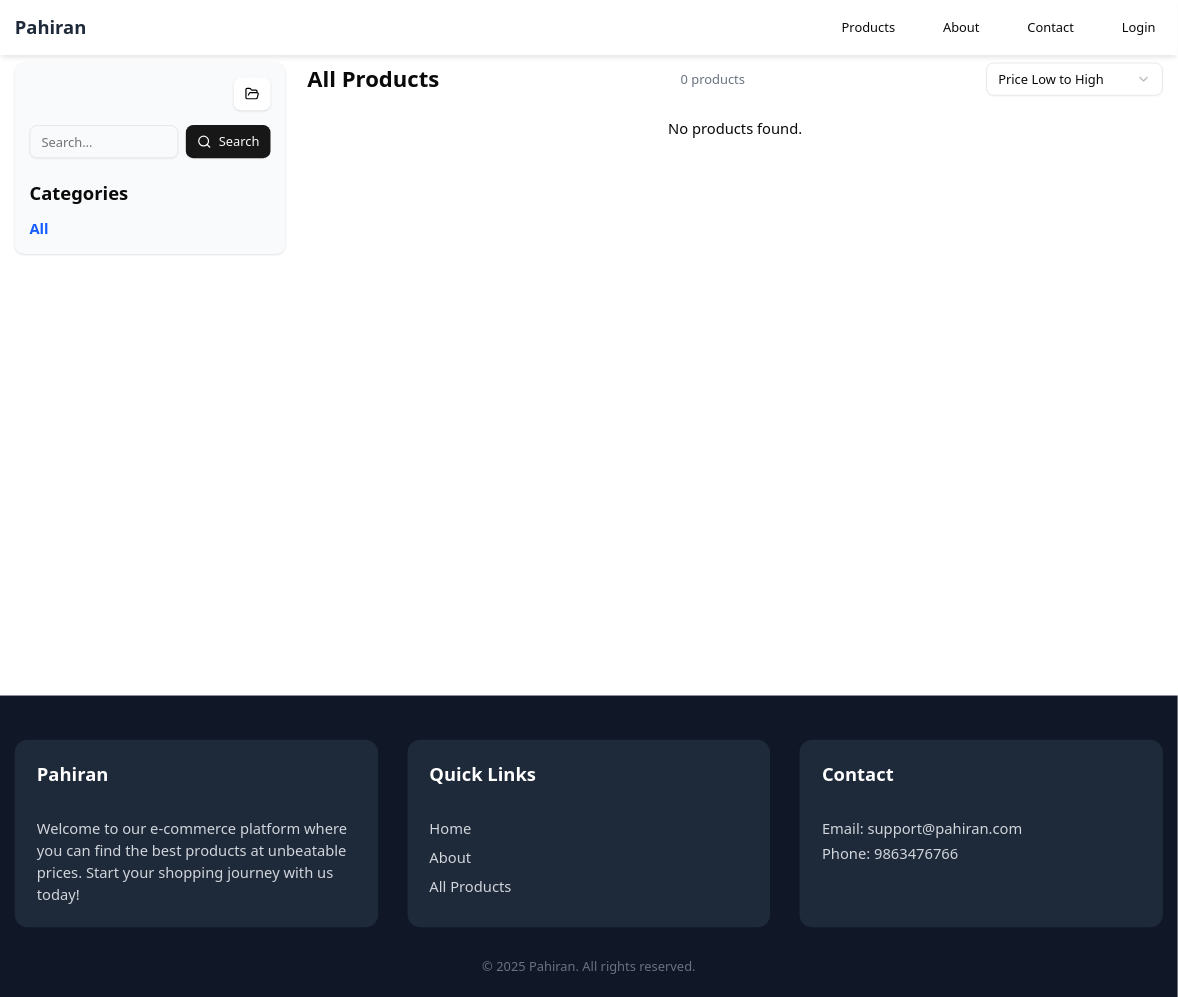
Repository: sushilaneupane/ecommerce_frontend
Page: /products
These files come from the project's save history. The page is drawn as it stood at one moment and after the next save; the edit follows.
The browser window is 1280 px wide. The pictures show the whole page, at 92% of full size.
The page's requests for data from a server got no answer. The project was rebuilt for these pictures with package versions that can differ from the ones it lists, and the page was loaded fresh each time. No one was signed in, and anything a server would have sent is missing. Also part of the build but not shown: vite.config.js, src/middleware/ProtectedRoute.jsx, src/components/Sidebar.jsx, src/layouts/AdminLayout.jsx, src/pages/NewArrival.jsx, src/pages/Featured.jsx, src/pages/Hero.jsx, src/components/ui/label.jsx and 35 more.

Above is the page before, as saved 2025-10-24 15:49:16.

### index.html
<!doctype html>
<html lang="en">
  <head>
    <meta charset="UTF-8" />
    <link rel="icon" type="image/svg+xml" href="/ecommerce.svg" />
    <meta name="viewport" content="width=device-width, initial-scale=1.0" />
    <title>Pahichan</title>
  </head>
  <body>
    <div id="root"></div>
    <script type="module" src="/src/main.jsx"></script>
  </body>
</html>

### src/main.jsx
import React from "react";
import ReactDOM from "react-dom/client";
import App from "./App";
import "./index.css";
import { QueryClient, QueryClientProvider } from "@tanstack/react-query";
import { AuthProvider } from "./context/AuthContext";
import { BrowserRouter } from "react-router-dom";

const queryClient = new QueryClient();

ReactDOM.createRoot(document.getElementById("root")).render(
  <React.StrictMode>
     <BrowserRouter>
      <QueryClientProvider client={queryClient}>
        <AuthProvider>
          <App />
        </AuthProvider>
      </QueryClientProvider>
    </BrowserRouter>
  </React.StrictMode>
);

### src/App.jsx
import React from "react";
import { Routes, Route } from "react-router-dom";
import { useAuth } from "./context/AuthContext";
import ProtectedRoute from "./middleware/ProtectedRoute";

import MainLayout from "./layouts/MainLayout";
import AdminLayout from "./layouts/AdminLayout";

// User pages
import Hero from "./Pages/Hero";
import LoginForm from "./pages/LoginForm";
import AllProducts from "./pages/AllProducts";
import NewArrival from "./pages/NewArrival";
import Contact from "./pages/Contact";
import RegisterForm from "./pages/RegisterForm";
import AboutPage from "./pages/About";
import InfoCard from "./components/InfoCard";
import ProfileCard from "./components/ProfileCard";
import Wishlist from "./pages/Wishlist";
import ShoppingCart from "./pages/Cart";
import Product from "./pages/ProductOverview";
import Featured from "./pages/Featured";
import CheckoutPage from "./pages/Checkout";
import MyOrders from "./pages/MyOrder";
import MyProfile from "./pages/MyProfile";
import ProductTable from "./pages/admin/ProductManagement"
import AdminDashboard from "./pages/admin/AdminDashboard";
import CategoryManagement from "./pages/admin/CategoryManagement";

function App() {
  const { user } = useAuth();

  return (
    <Routes>
      {/* 🌐 MAIN WEBSITE ROUTES */}
      <Route element={<MainLayout />}>
        <Route path="/" element={<Hero />} />
        <Route path="/login" element={<LoginForm />} />
        <Route path="/register" element={<RegisterForm />} />
        <Route path="/about" element={<AboutPage />} />
        <Route path="/contact" element={<Contact />} />
        <Route path="/products" element={<AllProducts />} />
        <Route path="/newarrival" element={<NewArrival />} />
        <Route path="/featured" element={<Featured />} />
        <Route path="/wishlist" element={<Wishlist />} />
        <Route path="/cart" element={<ShoppingCart />} />
        <Route path="/product/:id" element={<Product />} />
        <Route path="/order" element={<CheckoutPage />} />
        <Route path="/myorders" element={<MyOrders />} />
        <Route path="/myprofile" element={<MyProfile />} />
        <Route path="/infocard" element={<InfoCard />} />
        <Route path="/profilecard" element={<ProfileCard />} />
      </Route>

      <Route
        path="/admin/dashboard"
        element={
          <ProtectedRoute allowedRoles={["ADMIN"]}>
            <AdminLayout />
          </ProtectedRoute>
        }
      >
        <Route index element={<AdminDashboard />} />
        <Route path="categories" element={<CategoryManagement />} />
        <Route path="products" element={<ProductTable />} />
      </Route>
    </Routes>
  );
}

export default App;

### src/context/AuthContext.jsx
import React, { createContext, useContext, useState, useEffect } from "react";

const AuthContext = createContext();

export const AuthProvider = ({ children }) => {
  const [isAuthenticated, setIsAuthenticated] = useState(false);
  const [user, setUser] = useState(null);
  const [loading, setLoading] = useState(true); // ✅ new loading state

  // Restore token and user from localStorage on mount
  useEffect(() => {
    const token = localStorage.getItem("authToken");
    const userData = localStorage.getItem("user");
    if (token && userData) {
      setIsAuthenticated(true);
      setUser(JSON.parse(userData));
    }
    setLoading(false); // ✅ done restoring
  }, []);

  const login = (token, userData) => {
    localStorage.setItem("authToken", token);
    localStorage.setItem("user", JSON.stringify(userData));
    setIsAuthenticated(true);
    setUser(userData);
  };

  const logout = () => {
    localStorage.removeItem("authToken");
    localStorage.removeItem("user");
    setIsAuthenticated(false);
    setUser(null);
  };

  return (
    <AuthContext.Provider value={{ isAuthenticated, user, loading, login, logout }}>
      {children}
    </AuthContext.Provider>
  );
};

export const useAuth = () => useContext(AuthContext);

### src/layouts/MainLayout.jsx
import React from "react";
import NavBar from "../components/NavBar";
import Footer from "../components/Footer";
import { Toaster } from "sonner";
import { Outlet } from "react-router-dom";

export default function MainLayout() {
  return (
    <>
      <NavBar />
      <main className="min-h-screen">
        <Outlet />
      </main>
      <Footer />
      <Toaster richColors position="top-right" />
    </>
  );
}

### src/components/Footer.jsx
import React from "react";
import { Card, CardContent, CardHeader, CardTitle } from "@/components/ui/card";
import { Link } from "react-router-dom";

export default function Footer() {
  return (
    <footer className="bg-gray-900 text-white pt-12 pb-6">
      <div className="container mx-auto px-4">
        <div className="flex flex-col md:flex-row md:justify-between gap-8">
          {/* About */}
          <Card className="bg-gray-800 md:w-1/3 shadow-none border-0 w-full">
            <CardHeader>
              <CardTitle className="text-xl text-white">Pahiran</CardTitle>
            </CardHeader>
            <CardContent>
              <p className="text-gray-300">
                Welcome to our e-commerce platform where you can find the best products at unbeatable prices.
                Start your shopping journey with us today!
              </p>
            </CardContent>
          </Card>

          {/* Quick Links */}
          <Card className="bg-gray-800 md:w-1/3 shadow-none border-0 w-full">
            <CardHeader>
              <CardTitle className="text-xl text-white">Quick Links</CardTitle>
            </CardHeader>
            <CardContent className="space-y-2">
              <Link to="/" className="text-gray-300 hover:text-blue-400 block">
                Home
              </Link>
              <Link to="/about" className="text-gray-300 hover:text-blue-400 block">
                About
              </Link>
              <Link to="/products" className="text-gray-300 hover:text-blue-400 block">
                All Products
              </Link>
            </CardContent>
          </Card>

          {/* Contact */}
          <Card className="bg-gray-800 md:w-1/3 shadow-none border-0 w-full">
            <CardHeader>
              <CardTitle className="text-xl text-white">Contact</CardTitle>
            </CardHeader>
            <CardContent className="space-y-1">
              <p className="text-gray-300">Email: support@pahiran.com</p>
              <p className="text-gray-300">Phone: 9863476766</p>
            </CardContent>
          </Card>
        </div>

        {/* Copyright */}
        <div className="mt-8 text-center text-gray-500 text-sm">
          &copy; {new Date().getFullYear()} Pahiran. All rights reserved.
        </div>
      </div>
    </footer>
  );
}

### src/components/ui/button.jsx
import * as React from "react"
import { Slot } from "@radix-ui/react-slot"
import { cva } from "class-variance-authority";

import { cn } from "@/lib/utils"

const buttonVariants = cva(
  "inline-flex items-center justify-center gap-2 whitespace-nowrap rounded-md text-sm font-medium transition-all disabled:pointer-events-none disabled:opacity-50 [&_svg]:pointer-events-none [&_svg:not([class*='size-'])]:size-4 shrink-0 [&_svg]:shrink-0 outline-none focus-visible:border-ring focus-visible:ring-ring/50 focus-visible:ring-[3px] aria-invalid:ring-destructive/20 dark:aria-invalid:ring-destructive/40 aria-invalid:border-destructive",
  {
    variants: {
      variant: {
        default:
          "bg-primary text-primary-foreground shadow-xs hover:bg-primary/90",
        destructive:
          "bg-destructive text-white shadow-xs hover:bg-destructive/90 focus-visible:ring-destructive/20 dark:focus-visible:ring-destructive/40 dark:bg-destructive/60",
        outline:
          "border bg-background shadow-xs hover:bg-accent hover:text-accent-foreground dark:bg-input/30 dark:border-input dark:hover:bg-input/50",
        secondary:
          "bg-secondary text-secondary-foreground shadow-xs hover:bg-secondary/80",
        ghost:
          "hover:bg-accent hover:text-accent-foreground dark:hover:bg-accent/50",
        link: "text-primary underline-offset-4 hover:underline",
      },
      size: {
        default: "h-9 px-4 py-2 has-[>svg]:px-3",
        sm: "h-8 rounded-md gap-1.5 px-3 has-[>svg]:px-2.5",
        lg: "h-10 rounded-md px-6 has-[>svg]:px-4",
        icon: "size-9",
      },
    },
    defaultVariants: {
      variant: "default",
      size: "default",
    },
  }
)

function Button({
  className,
  variant,
  size,
  asChild = false,
  ...props
}) {
  const Comp = asChild ? Slot : "button"

  return (
    <Comp
      data-slot="button"
      className={cn(buttonVariants({ variant, size, className }))}
      {...props} />
  );
}

export { Button, buttonVariants }

### src/components/ui/input.jsx
import * as React from "react"

import { cn } from "@/lib/utils"

function Input({
  className,
  type,
  ...props
}) {
  return (
    <input
      type={type}
      data-slot="input"
      className={cn(
        "file:text-foreground placeholder:text-muted-foreground selection:bg-primary selection:text-primary-foreground dark:bg-input/30 border-input h-9 w-full min-w-0 rounded-md border bg-transparent px-3 py-1 text-base shadow-xs transition-[color,box-shadow] outline-none file:inline-flex file:h-7 file:border-0 file:bg-transparent file:text-sm file:font-medium disabled:pointer-events-none disabled:cursor-not-allowed disabled:opacity-50 md:text-sm",
        "focus-visible:border-ring focus-visible:ring-ring/50 focus-visible:ring-[3px]",
        "aria-invalid:ring-destructive/20 dark:aria-invalid:ring-destructive/40 aria-invalid:border-destructive",
        className
      )}
      {...props} />
  );
}

export { Input }

### src/components/ui/card.jsx
import * as React from "react"

import { cn } from "@/lib/utils"

function Card({
  className,
  ...props
}) {
  return (
    <div
      data-slot="card"
      className={cn(
        "bg-card text-card-foreground flex flex-col gap-6 rounded-xl border py-6 shadow-sm",
        className
      )}
      {...props} />
  );
}

function CardHeader({
  className,
  ...props
}) {
  return (
    <div
      data-slot="card-header"
      className={cn(
        "@container/card-header grid auto-rows-min grid-rows-[auto_auto] items-start gap-2 px-6 has-data-[slot=card-action]:grid-cols-[1fr_auto] [.border-b]:pb-6",
        className
      )}
      {...props} />
  );
}

function CardTitle({
  className,
  ...props
}) {
  return (
    <div
      data-slot="card-title"
      className={cn("leading-none font-semibold", className)}
      {...props} />
  );
}

function CardDescription({
  className,
  ...props
}) {
  return (
    <div
      data-slot="card-description"
      className={cn("text-muted-foreground text-sm", className)}
      {...props} />
  );
}

function CardAction({
  className,
  ...props
}) {
  return (
    <div
      data-slot="card-action"
      className={cn(
        "col-start-2 row-span-2 row-start-1 self-start justify-self-end",
        className
      )}
      {...props} />
  );
}

function CardContent({
  className,
  ...props
}) {
  return (<div data-slot="card-content" className={cn("px-6", className)} {...props} />);
}

function CardFooter({
  className,
  ...props
}) {
  return (
    <div
      data-slot="card-footer"
      className={cn("flex items-center px-6 [.border-t]:pt-6", className)}
      {...props} />
  );
}

export {
  Card,
  CardHeader,
  CardFooter,
  CardTitle,
  CardAction,
  CardDescription,
  CardContent,
}

### src/components/ui/select.jsx
import * as React from "react"
import * as SelectPrimitive from "@radix-ui/react-select"
import { CheckIcon, ChevronDownIcon, ChevronUpIcon } from "lucide-react"

import { cn } from "@/lib/utils"

function Select({
  ...props
}) {
  return <SelectPrimitive.Root data-slot="select" {...props} />;
}

function SelectGroup({
  ...props
}) {
  return <SelectPrimitive.Group data-slot="select-group" {...props} />;
}

function SelectValue({
  ...props
}) {
  return <SelectPrimitive.Value data-slot="select-value" {...props} />;
}

function SelectTrigger({
  className,
  size = "default",
  children,
  ...props
}) {
  return (
    <SelectPrimitive.Trigger
      data-slot="select-trigger"
      data-size={size}
      className={cn(
        "border-input data-[placeholder]:text-muted-foreground [&_svg:not([class*='text-'])]:text-muted-foreground focus-visible:border-ring focus-visible:ring-ring/50 aria-invalid:ring-destructive/20 dark:aria-invalid:ring-destructive/40 aria-invalid:border-destructive dark:bg-input/30 dark:hover:bg-input/50 flex w-fit items-center justify-between gap-2 rounded-md border bg-transparent px-3 py-2 text-sm whitespace-nowrap shadow-xs transition-[color,box-shadow] outline-none focus-visible:ring-[3px] disabled:cursor-not-allowed disabled:opacity-50 data-[size=default]:h-9 data-[size=sm]:h-8 *:data-[slot=select-value]:line-clamp-1 *:data-[slot=select-value]:flex *:data-[slot=select-value]:items-center *:data-[slot=select-value]:gap-2 [&_svg]:pointer-events-none [&_svg]:shrink-0 [&_svg:not([class*='size-'])]:size-4",
        className
      )}
      {...props}>
      {children}
      <SelectPrimitive.Icon asChild>
        <ChevronDownIcon className="size-4 opacity-50" />
      </SelectPrimitive.Icon>
    </SelectPrimitive.Trigger>
  );
}

function SelectContent({
  className,
  children,
  position = "popper",
  ...props
}) {
  return (
    <SelectPrimitive.Portal>
      <SelectPrimitive.Content
        data-slot="select-content"
        className={cn(
          "bg-popover text-popover-foreground data-[state=open]:animate-in data-[state=closed]:animate-out data-[state=closed]:fade-out-0 data-[state=open]:fade-in-0 data-[state=closed]:zoom-out-95 data-[state=open]:zoom-in-95 data-[side=bottom]:slide-in-from-top-2 data-[side=left]:slide-in-from-right-2 data-[side=right]:slide-in-from-left-2 data-[side=top]:slide-in-from-bottom-2 relative z-50 max-h-(--radix-select-content-available-height) min-w-[8rem] origin-(--radix-select-content-transform-origin) overflow-x-hidden overflow-y-auto rounded-md border shadow-md",
          position === "popper" &&
            "data-[side=bottom]:translate-y-1 data-[side=left]:-translate-x-1 data-[side=right]:translate-x-1 data-[side=top]:-translate-y-1",
          className
        )}
        position={position}
        {...props}>
        <SelectScrollUpButton />
        <SelectPrimitive.Viewport
          className={cn("p-1", position === "popper" &&
            "h-[var(--radix-select-trigger-height)] w-full min-w-[var(--radix-select-trigger-width)] scroll-my-1")}>
          {children}
        </SelectPrimitive.Viewport>
        <SelectScrollDownButton />
      </SelectPrimitive.Content>
    </SelectPrimitive.Portal>
  );
}

function SelectLabel({
  className,
  ...props
}) {
  return (
    <SelectPrimitive.Label
      data-slot="select-label"
      className={cn("text-muted-foreground px-2 py-1.5 text-xs", className)}
      {...props} />
  );
}

function SelectItem({
  className,
  children,
  ...props
}) {
  return (
    <SelectPrimitive.Item
      data-slot="select-item"
      className={cn(
        "focus:bg-accent focus:text-accent-foreground [&_svg:not([class*='text-'])]:text-muted-foreground relative flex w-full cursor-default items-center gap-2 rounded-sm py-1.5 pr-8 pl-2 text-sm outline-hidden select-none data-[disabled]:pointer-events-none data-[disabled]:opacity-50 [&_svg]:pointer-events-none [&_svg]:shrink-0 [&_svg:not([class*='size-'])]:size-4 *:[span]:last:flex *:[span]:last:items-center *:[span]:last:gap-2",
        className
      )}
      {...props}>
      <span className="absolute right-2 flex size-3.5 items-center justify-center">
        <SelectPrimitive.ItemIndicator>
          <CheckIcon className="size-4" />
        </SelectPrimitive.ItemIndicator>
      </span>
      <SelectPrimitive.ItemText>{children}</SelectPrimitive.ItemText>
    </SelectPrimitive.Item>
  );
}

function SelectSeparator({
  className,
  ...props
}) {
  return (
    <SelectPrimitive.Separator
      data-slot="select-separator"
      className={cn("bg-border pointer-events-none -mx-1 my-1 h-px", className)}
      {...props} />
  );
}

function SelectScrollUpButton({
  className,
  ...props
}) {
  return (
    <SelectPrimitive.ScrollUpButton
      data-slot="select-scroll-up-button"
      className={cn("flex cursor-default items-center justify-center py-1", className)}
      {...props}>
      <ChevronUpIcon className="size-4" />
    </SelectPrimitive.ScrollUpButton>
  );
}

function SelectScrollDownButton({
  className,
  ...props
}) {
  return (
    <SelectPrimitive.ScrollDownButton
      data-slot="select-scroll-down-button"
      className={cn("flex cursor-default items-center justify-center py-1", className)}
      {...props}>
      <ChevronDownIcon className="size-4" />
    </SelectPrimitive.ScrollDownButton>
  );
}

export {
  Select,
  SelectContent,
  SelectGroup,
  SelectItem,
  SelectLabel,
  SelectScrollDownButton,
  SelectScrollUpButton,
  SelectSeparator,
  SelectTrigger,
  SelectValue,
}

### src/hooks/useCategories.js
import { useQuery, useMutation, useQueryClient } from "@tanstack/react-query";
import { fetchCategories, createCategory, updateCategory, deleteCategory} from "../api/categoryApi";
import { CATEGORY_KEY } from "@/utils/queryKeys";

export function useCategories() {
  const queryClient = useQueryClient();
  const token = localStorage.getItem("authToken");

  const { data: categories = [], isLoading, isError } = useQuery({
    queryKey: [CATEGORY_KEY],
    queryFn: () => fetchCategories(token),
    enabled: !!token,
  });

  const create = useMutation({
    mutationFn: (categoryData) => createCategory(categoryData, token),
    onSuccess: () => {
      queryClient.invalidateQueries([CATEGORY_KEY]);
    },
    onError: (error) => {
      console.error(error?.response?.data?.message || "Failed to create category");
    },
  });

  const update = useMutation({
    mutationFn: ({ categoryId, categoryData }) => updateCategory(categoryId, categoryData, token),
    onSuccess: () => {
      queryClient.invalidateQueries([CATEGORY_KEY]);
    },
    onError: (error) => {
      console.error(error?.response?.data?.message || "Failed to update category");
    },
  });

  const remove = useMutation({
    mutationFn: (categoryId) => deleteCategory(categoryId, token),
    onSuccess: () => {
      queryClient.invalidateQueries([CATEGORY_KEY]);
    },
    onError: (error) => {
      console.error(error?.response?.data?.message || "Failed to delete category");
    },
  });

  return {
    categories,
    isLoading,
    isError,
    create,
    update,
    remove

  };
}

Loaded but not shown: src/index.css (common file); src/lib/utils.js (common file); src/hooks/useProducts.js (89 lines, source omitted); src/api/productApi.js (77 lines, source omitted); src/hooks/useCart.js (54 lines, source omitted); src/api/categoryApi.js (60 lines, source omitted); src/api/cartApi.js (48 lines, source omitted); src/utils/queryKeys.js (6 lines, source omitted); src/components/NavBar.jsx (242 lines, source omitted); src/pages/AllProducts.jsx (190 lines, source omitted); src/components/ui/navigation-menu.jsx (152 lines, source omitted)

After the next save:
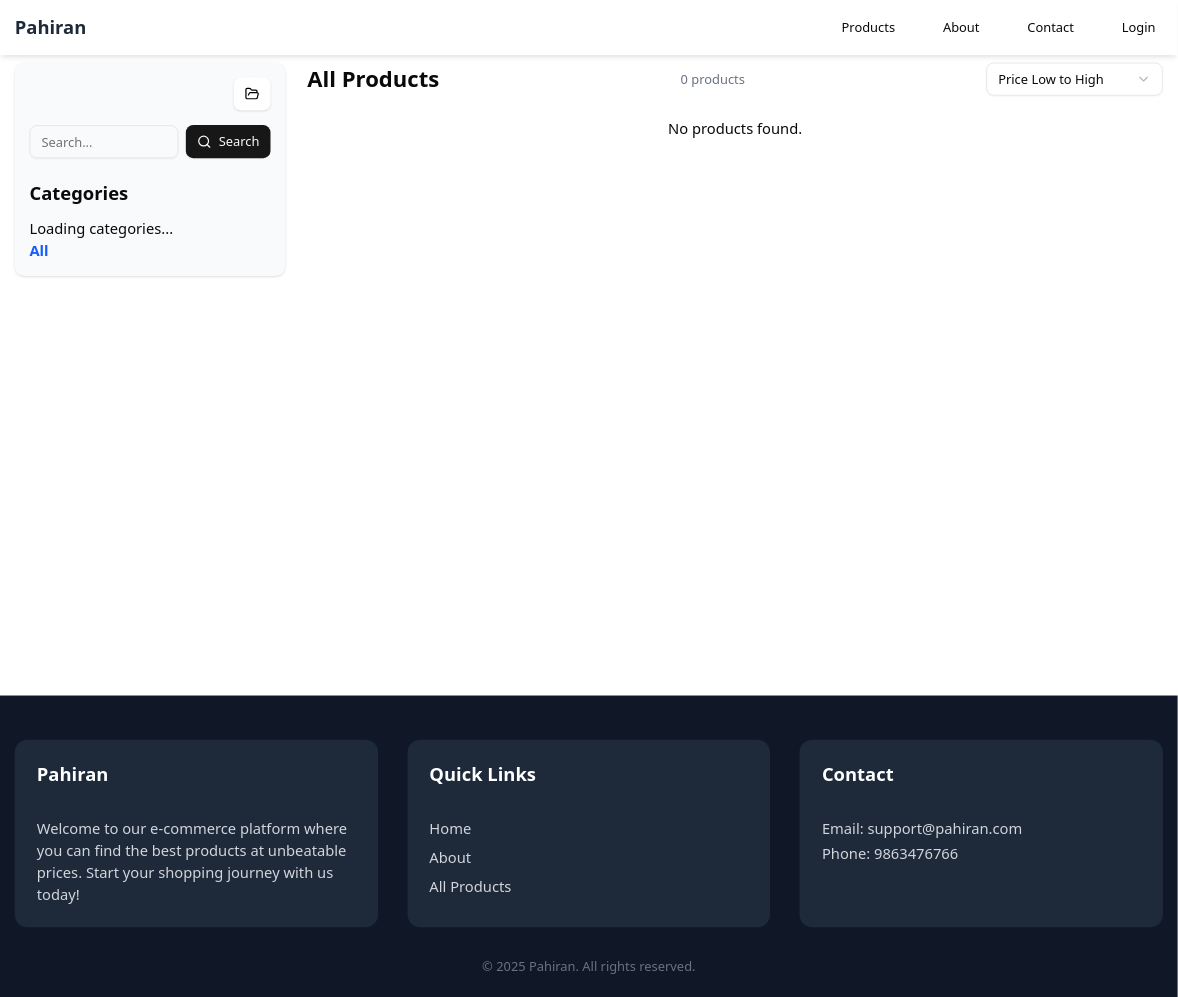
Saved 70 s later.
--- a/src/hooks/useCategories.js
+++ b/src/hooks/useCategories.js
@@ -9,7 +9,6 @@ export function useCategories() {
   const { data: categories = [], isLoading, isError } = useQuery({
     queryKey: [CATEGORY_KEY],
     queryFn: () => fetchCategories(token),
-    enabled: !!token,
   });
 
   const create = useMutation({
